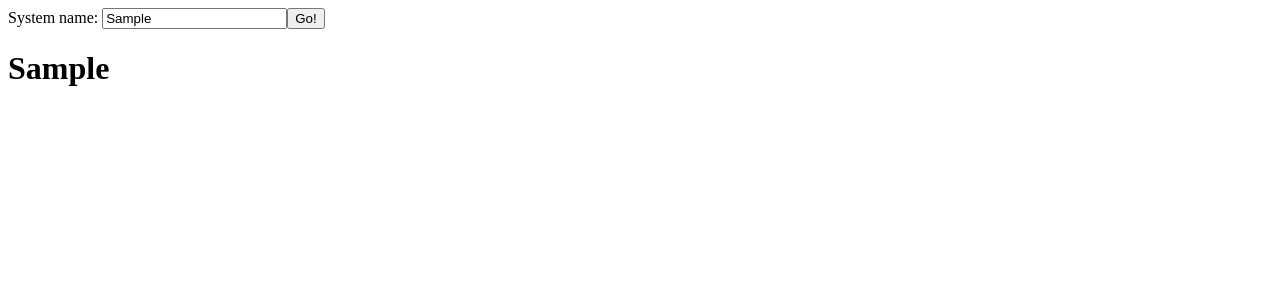
Repository: Smithgift/Impermanence
Page: frontend2/index.html
The author's editor kept a record of every edit. The page is drawn from the files as they stood at one moment, then again after the next edit.
The browser window is 1280 px wide. The pictures show the whole page.
Empty fields were first filled with sample values (such as "Sample", 5 or name@example.com).
After loading, the first visible `input[onclick="setSystem($('#name')[0].value)"]` was clicked once.
The page's requests for data from a server got no answer.

Above is the page before.
Console error (its wording comes from the project's code and is left out).

### frontend2/index.html
<!DOCTYPE html>
<html>
    <head>
        <title>The Impermance of Space</title>
        <link rel="stylesheet" type="text/css" href="impermanence.css" />
        <script src="frontend.js"></script>
        <script>
            // kludge to connect to the sandbox.
            function sandbox(id) {
                window.web3.setProvider(new web3.providers.HttpProvider('http://the-impermanence-of-space.on.ether.camp:8555/sandbox/' + id));
            }
            sandbox("b48ca14200429ef41c0e5554c09dc69b65fe98ac");
       </script>
       <script src="abi.js"></script>
       <script>
            /*
            // Kludge to get the galaxy.
            var kfilter = window.web3.eth.filter({fromBlock: 0});
            var kevent;
            var GalaxyAddress;
            var galaxy;
            kfilter.get(function(err, result) {
                console.log(result);
                kevent = result;
                // Hack alert. Hi future self, this is why your events are breaking.
                GalaxyAddress = kevent[1].address;
                galaxy = Galaxy.at(GalaxyAddress)

            });
            */
var nameRegAbi = [
{
    "constant": true,
    "inputs": [
      {
        "name": "name",
        "type": "bytes32"
      }
    ],
    "name": "addressOf",
    "outputs": [
      {
        "name": "addr",
        "type": "address"
      }
    ],
    "type": "function"
  }
];

web3.eth.defaultAccount = web3.eth.accounts[0]

var galaxy;

var nameReg = web3.eth.contract(nameRegAbi).at('0x084f6a99003dae6d3906664fdbf43dd09930d0e3');
var ga;
nameReg.addressOf("Galaxy", function(err, address) {
 ga = address;
});
if(ga) {
    galaxy = Galaxy.at(ga);
} else {
// Get? This is a kludge to CREATE the galaxy!

// Hey guys, if you want to run compiled code, shove 0x in front first!
build.contracts.Galaxy.bin = "0x" + build.contracts.Galaxy.bin

var gt;
web3.eth.sendTransaction({data: build.contracts.Galaxy.bin}, function(err, result) {
    if(err) console.log("Error!", err);
    console.log(result);
    gt = result;
    // Hello, I'm a hack.
    setTimeout(function() {
        galaxy = Galaxy.at(web3.eth.getTransactionReceipt(gt).contractAddress);
    }, 1000)
});
}
        </script>
        <script src="bower_components/jquery/dist/jquery.js"></script>
        <script src="impermanence.js"></script>
    </head>
    <body>
         System name: <input type=text id="name" /><input type=button value="Go!" onclick="setSystem($('#name')[0].value)">
         <h1 id="title"></h1>
         <div id="screen">
             Enter a system name to begin.
         </div>
    </body>
</html>

### frontend2/impermanence.js
var currentSystemName;
var currentSystemHash;
var currentSystem;
var focusedSector = {};
var selectedShip = [];

var mapLegend = [
    ["&nbsp;", "Empty Space"],    //Empty,
    ["a", "Kaboomium Asteriod"],    //AtkAsteriod,
    ["d", "Bouncium Asteriod"],    //DefAsteriod,
    ["e", "Zoomium Asteriod"],    //EngAsteriod,
    ["A", "Ancient Monolith of Victory"],    //AtkMonolith,
    ["D", "Ancient Monolith of Barriers"],    //DefMonolith,
    ["E", "Ancient Monolith of Travel"],    //EngMonolith,
    ["U", "Unobtainium Rift"],    //UnobRift,
    ["#", "Obliteration Ray Factory"],    //AtkGreatMachine,
    [")", "S.H.I.E.L.D."],    //DefGreatMachine,
    ["0", "Omnigate"],    //EngGreatMachine,
    ["o", "Inhabited Planet"],    //Planet,
    ["O", "Sun"],    //Sun,
    ["*", "Wormhole"],    //Wormhole,
    ["^", "Ascension Gate"]     //AscensionGate
]

function setSystem(name) {
    currentSystemName = name;
    $("#title").text(currentSystemName);
    $("#screen").empty();
    // For whatever reason, web3.sha3 does not start with a 0x. This leads to
    // attempts to reuse that hash to break.
    currentSystemHash = "0x" + web3.sha3(name);
    currentSystem = galaxy.galacticMap(currentSystemHash);
    if(!currentSystem[1]) {
        console.log("no system found.");
        $("#screen").text("No system by that name, want to create one?");
        var button = document.createElement("input");
        button.type = "button";
        button.onclick = function () {
            galaxy.addSystem(name, function() {
                // TODO: Refresh.
                //setTimeout("setSystem(name)", 1000);
            });
            //createSystem(name, setSystem);
            //$("#screen").append("System under construction. This make take some time.")
        };
        button.value = "YES!!!";
        $("#screen").append(button)
    } else {
        var systemMap = document.createElement("table");
        systemMap.id = "map";
        $("#screen").append(systemMap);
        for(var x = 0; x < 15; x ++) {
            var row = document.createElement("tr");
            $(systemMap).append(row);
            for(var y = 0; y < 15; y++) {
                var cell = document.createElement("td");
                cell.id = x.toString(16) + y.toString(16);
                $(cell).text("?");
                $(cell).click({x: x, y: y}, focusSector)
                var setCell;
                setCell = function(err, result) {
                    if(err) {
                        console.log(err);
                        setTimeout(function() {
                            galaxy.getSectorType(currentSystemHash, this.x, this.y, {}, setCell.bind(this));
                        }.bind(this), 1000);
                    } else {
                        this.cell.html(mapLegend[result][0]);
                        console.log(this.x, this.y, result);
                    }
                }
                galaxy.getSectorType(currentSystemHash, x, y, {}, setCell.bind({
                    cell: $(cell),
                    x: x,
                    y: y
                }));
                $(row).append(cell);
            }
        }
        focusedSector = {};
        var focus = document.createElement("div");
        focus.id = "focus";
        $("#screen").append(focus);
        $(focus).text("Click on a sector for more details.");
    }
}

function parseID(id) {
    return [parseInt(id[0], 16), parseInt(id[1], 16)]
}

function focusSector(event) {
    if(focusedSector.td)
        $(focusedSector.td).removeClass("selected");
    focusedSector = {};
    focusedSector.td = this;
    focusedSector.x = event.data.x;
    focusedSector.y = event.data.y;
    focusedSector.st = galaxy.getSectorType(
        currentSystemHash,
        focusedSector.x,
        focusedSector.y
    );
    $(this).addClass("selected");
    $("#focus").empty();
    $("#focus").append(mapLegend[focusedSector.st][1] + " at " + focusedSector.x + ", " + focusedSector.y);
    $("#focus").append("<br />");
    //$("#focus").append( + "<br />");
    // Hack to find sector type.
    if(mapLegend[focusedSector.st][0] == "o") { // Planet.
        var craneName = document.createElement("input");
        $("#focus").append(craneName);
        var button = document.createElement("input");
        button.type = "button";
        button.onclick = function() {
            console.log($(craneName).val());
            galaxy.spawnCrane(
                currentSystemHash,
                focusedSector.x,
                focusedSector.y,
                $(craneName).val()
            );
        };
        button.value = "Construct CRaNE!";
        $("#focus").append(button);
    } if(mapLegend[focusedSector.st][0] == "*") { // Wormhole.
        focusedSector.destination = galaxy.getWormhole(
            currentSystemHash,
            focusedSector.x,
            focusedSector.y
        );
        focusedSector.destinationName = galaxy.galacticMap(
            focusedSector.destination
        )[0]
        $("#focus").append("A womhole to " + focusedSector.destinationName + "!");
        $("#focus").append("<br />");
        var button = document.createElement("input");
        button.type = "button";
        button.onclick = function() {
            setSystem(focusedSector.destinationName);
        };
        button.value = "Go to system!";
        $("#focus").append(button)
    }
    focusedSector.ships = getSectorShips(
        currentSystemHash,
        focusedSector.x,
        focusedSector.y
    );
    if(Object.keys(focusedSector.ships).length > 0) {
        $("#focus").append("<br />");
        $("#focus").append("Ships Present: <br />");
        var shipTable = document.createElement("table");
        shipTable.id = "ship_table";
        $(shipTable).append("<tr><td>Name:</td><td>Owner:</td><td>A</td><td>D</td><td>E</td><td>HP</td><td>MR</td><td>ENERGY</td>")
        $("#focus").append(shipTable);
        var shipSelect = document.createElement("select");
        //shipSelect.type = "select";
        shipSelect.id = "ship_select";
        $("#focus").append(shipSelect);
        Object.keys(focusedSector.ships).forEach(function(entry){
            // Table entry.
            var row = document.createElement("tr");
            [12, 5, 7, 8, 9, 10, 11, 4].forEach(function (col) {
                $(row).append("<td></td>");
                var colData = focusedSector.ships[entry][1][col];
                $(row).children().last().append(colData.toString());
            })
            $(shipTable).append(row);
            /*
        bool exists;
        bytes32 currentSystem;
        uint8 x;
        uint8 y;
        uint8 energy;
        address owner;
        uint lastRefreshed;
        uint atk;
        uint def;
        uint eng;
        int currentHP;
        uint massRatio;
        Cargo[] cargo;
        string name;
*/
            // Select entry.
            console.log(entry);
            var option = document.createElement("option");
            option.value = entry;
            $(option).text(focusedSector.ships[entry][1][12]);
            $(shipSelect).append(option);
        })
        $(shipSelect).change(function(event) {
            selectShip(focusedSector.ships[$(this).val()]);
        })
        var shipDiv = document.createElement("div");
        shipDiv.id = "ship_div";
        $("#focus").append(shipDiv);
    }
}

function getSectorShips(systemHash, x, y)
{
    var ships = {};
    for(var i = 0; i < galaxy.getSectorShipsLength(systemHash, x, y); i++) {
        ship = [];
        ship.push(galaxy.getSectorShip(systemHash, x, y, i));
        ship.push(galaxy.shipRegistry(ship[0]));
        if(ship[1][0]) ships[ship[0]] = ship;
    }
    return ships;
}

function selectShip(ship) {
    if(web3.eth.accounts.indexOf(ship[1][5]) == -1) {
        $("#ship_div").text("You don't seem to own this ship.");
    } else {
        $("#ship_div").empty();
        var move_btn = document.createElement("input");
        move_btn.type = "button";
        move_btn.value = "Launch!"
        $(move_btn).click(function(event) {
            $("#ship_div").text("Click on your destinatiom sector!")
            function moveTo(event) {
                var coords = parseID(this.id);
                console.log(ship[1][5]);
                impulse(ship[0], coords[0], coords[1], ship[1][5]);
                $("body").off("click", "#map tr td", moveTo);
            }
            $("#map tr td").click(moveTo);
        })
        $("#ship_div").append(move_btn);
    }
}

function impulse(shipID, x, y, owner) {
    console.log("Impulse move", shipID, x, y, owner);
    galaxy.impulse(shipID, x, y, {from: owner});
}

/*
function createSystem(name, callback) {
    galaxy.addSystem(name);
    var systemCreated = galaxy.systemAdded({'_name': name});
    systemCreated.watch(function(err, result) {
        if(err) console.log(err);
        else {
            systemCreated.stopWatching();
            callback(name);
        }
    });
}*/

Loaded but not shown: frontend2/frontend.js (library); frontend2/abi.js (library); frontend2/bower_components/jquery/dist/jquery.js (library); frontend2/impermanence.css (no copy from this time; the picture is the same without it)

After the next edit:
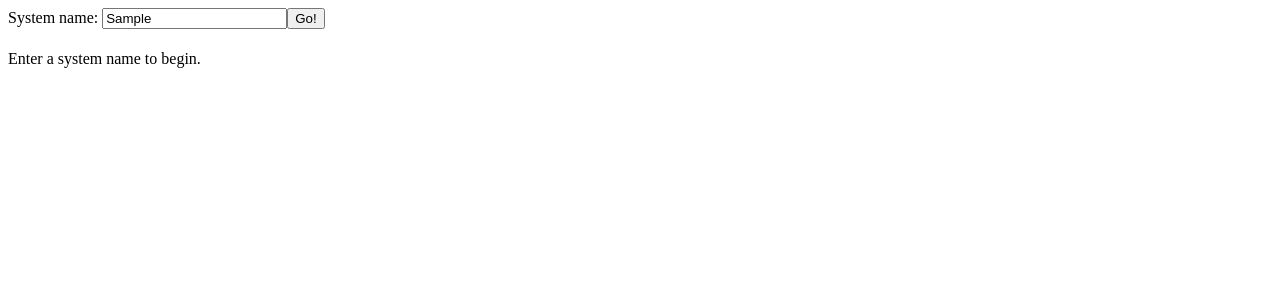
The edit:
--- a/frontend2/impermanence.js
+++ b/frontend2/impermanence.js
@@ -36,7 +36,7 @@
         var button = document.createElement("input");
         button.type = "button";
         button.onclick = function () {
-            galaxy.addSystem(name, function() {
+            //galaxy.addSystem(name, function() {
                 // TODO: Refresh.
                 //setTimeout("setSystem(name)", 1000);
             });

After the edit that followed:
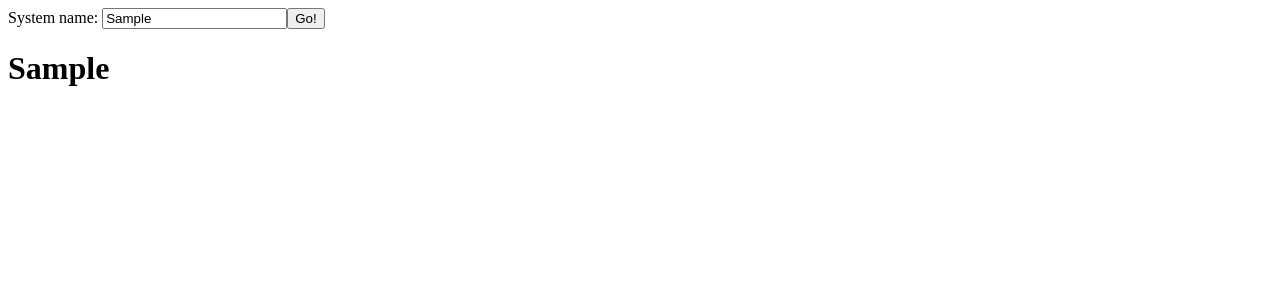
The edit:
--- a/frontend2/impermanence.js
+++ b/frontend2/impermanence.js
@@ -39,7 +39,7 @@
             //galaxy.addSystem(name, function() {
                 // TODO: Refresh.
                 //setTimeout("setSystem(name)", 1000);
-            });
+            //});
             //createSystem(name, setSystem);
             //$("#screen").append("System under construction. This make take some time.")
         };
